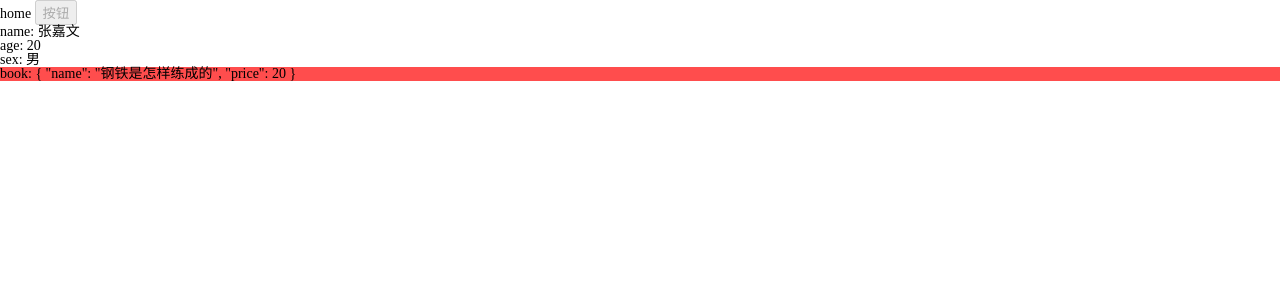
Repository: 596178924/vue3-ts-app
Page: /
An editor plug-in stored every save of this project. The page is shown before and after the next save, followed by the edit.
The browser window is 1280 px wide. The pictures show the whole page.
The project was rebuilt for these pictures with package versions that can differ from the ones it lists, and the page was loaded fresh each time. Also part of the build but not shown: vite.config.ts.

Above is the page before, as saved 2022-11-09 16:26:53.

### index.html
<!DOCTYPE html>
<html lang="zh">

<head>
  <meta charset="UTF-8" />
  <link rel="icon" type="image/svg+xml" href="/vite.svg" />
  <meta name="viewport" content="width=device-width, initial-scale=1.0" />
  <title>
    ts
  </title>
</head>

<body>
  <noscript>
    <strong>We're sorry but this doesn't work properly without JavaScript enabled.
        Please enable it to continue.</strong>
  </noscript>
  <div id="app"></div>
  <script type="module" src="/src/main.ts"></script>
</body>

</html>

### src/main.ts
import { createApp } from 'vue';
import AppElement from './App.vue'
import pluginInstall from "@/plugins"
import Router from "@/router"

(() => {
    const app = createApp(AppElement);
    app.use(pluginInstall);
    app.use(Router);
    app.mount('#app');
})()

### src/App.vue
<style lang="less">
@import '@/styles/index.less';
</style>

<template>
	<router-view></router-view>
</template>

<script setup lang="ts">
</script>

### src/plugins/index.ts
import { App } from "@vue/runtime-core";
import piniaInstall from "@/store";
export default function install(app: App) {
	app.use(piniaInstall);
}

### src/router/index.ts
import { createRouter, createWebHistory } from 'vue-router';
import routes from "./routes"
const router = createRouter({
    history: createWebHistory(),
    routes,
});

export default router;

### src/styles/index.less
@import './resetCss.less';

### src/styles/resetCss.less
/* http://meyerweb.com/eric/tools/css/reset/
   v2.0 | 20110126
   License: none (public domain)
*/
html, body, div, span, applet, object, iframe,
h1, h2, h3, h4, h5, h6, p, blockquote, pre,
a, abbr, acronym, address, big, cite, code,
del, dfn, em, img, ins, kbd, q, s, samp,
small, strike, strong, sub, sup, tt, var,
b, u, i, center,
dl, dt, dd, ol, ul, li,
fieldset, form, label, legend,
table, caption, tbody, tfoot, thead, tr, th, td,
article, aside, canvas, details, embed,
figure, figcaption, footer, header, hgroup,
menu, nav, output, ruby, section, summary,
time, mark, audio, video {
	margin: 0;
	padding: 0;
	border: 0;
	font: inherit;
	vertical-align: baseline;
}
/* HTML5 display-role reset for older browsers */
article, aside, details, figcaption, figure,
footer, header, hgroup, menu, nav, section {
	display: block;
}
body {
	line-height: 1;
	font-size: 14px;
}
ol, ul {
	list-style: none;
}
blockquote, q {
	quotes: none;
}
blockquote:before, blockquote:after,
q:before, q:after {
	content: '';
	content: none;
}
table {
	border-collapse: collapse;
	border-spacing: 0;
}

### src/store/index.ts
import { createPinia } from 'pinia'
// import piniaPluginPersist from 'pinia-plugin-persist'
const store = createPinia()
// store.use(piniaPluginPersist)
export default store

### src/router/routes.ts
import {  RouteRecordRaw } from 'vue-router';

const routes: Array<RouteRecordRaw> = [
    {
        path: '/',
        name: 'Home',
        component: ()=> import('@v/home/index.vue'),
    }
]

export default routes

### src/views/home/index.vue
<template>
	<div>
		home
		<button disabled>按钮</button>
		<p>name: {{ name }}</p>
		<p>age: {{ age }}</p>
		<p>sex: {{ sex }}</p>
		<p class="test">book: {{ book }}</p>
	</div>
</template>

<script setup lang="ts">
import { ref, Ref } from "@vue/reactivity";
interface Book {
	name: String;
	price: Number;
}
const name: Ref<String> = ref("张嘉文");
const age = ref<Number>(20);
const sex = ref("男") as Ref<String>;
const book = ref<Book>({
	name: "钢铁是怎样练成的",
	price: 20,
});
</script>

<style lang="less" scoped>
// @selectors: blue, green, red;

// each(@selectors, {
//   .color-@{value} {
//     color: @value;
//   }
// });
.test {
	background-color: mix(#ff0000, #fff, 70%);
}
</style>

After the next save:
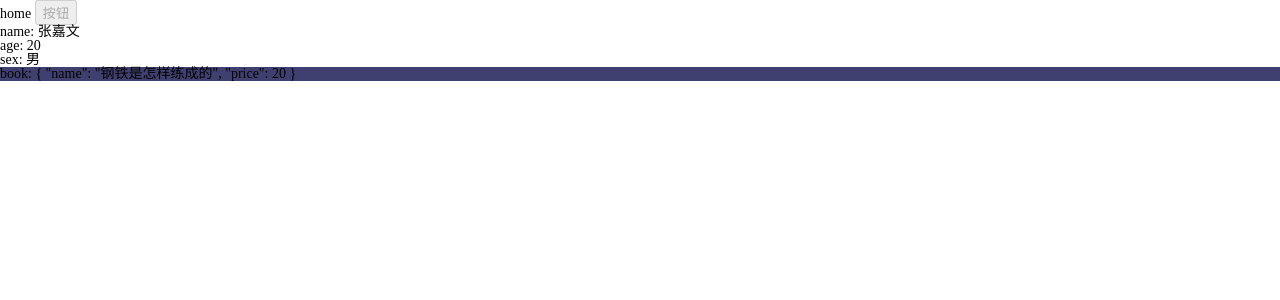
Saved 56 s later.
--- a/src/views/home/index.vue
+++ b/src/views/home/index.vue
@@ -33,6 +33,6 @@ const book = ref<Book>({
 //   }
 // });
 .test {
-	background-color: mix(#ff0000, #fff, 70%);
+	background-color: shade(rgba(00,0,255,0.5), 50%);
 }
 </style>
